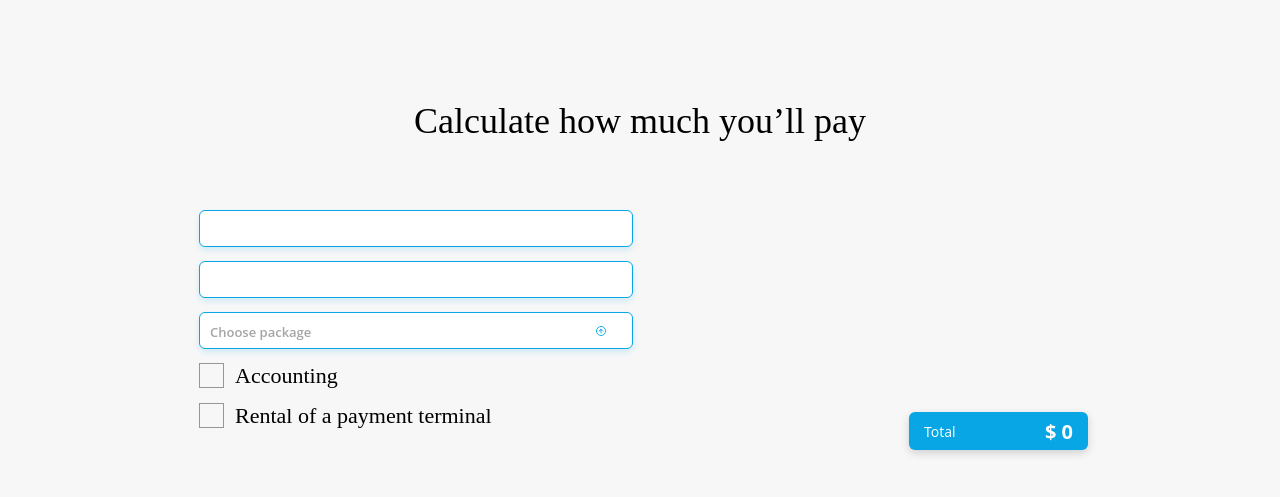
Repository: VolodymyrDubnytskyi/BestShop_project
Page: inedx2.html
These files come from the project's save history. The page is drawn as it stood at one moment and after the next save; the edit follows.
The browser window is 1280 px wide. The pictures show the whole page.

Above is the page before, as saved 2020-01-20 20:25:02.

After the next save:
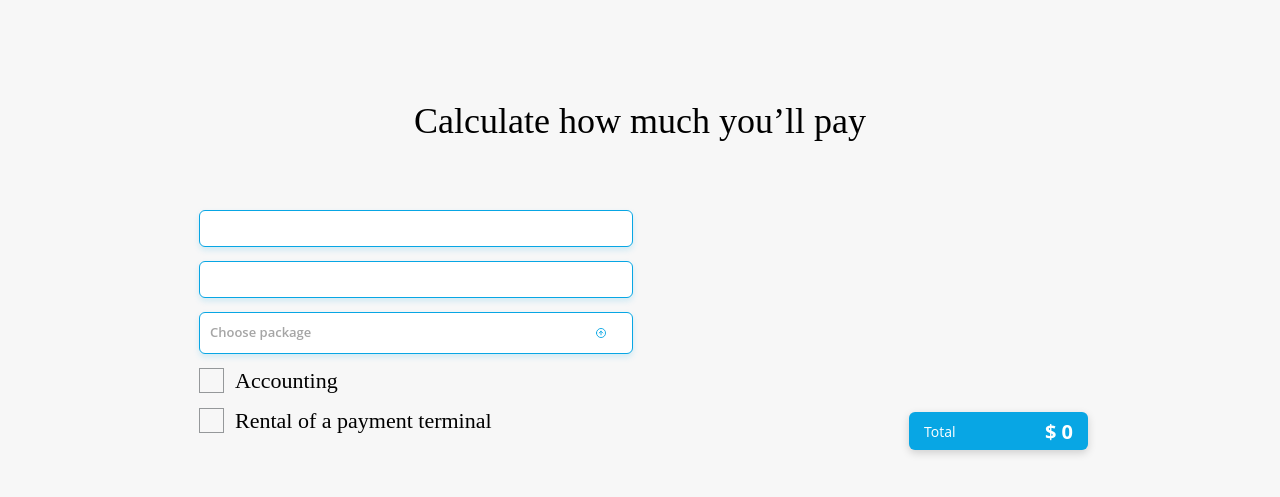
Saved 25 s later.
--- a/css/style.css
+++ b/css/style.css
@@ -795,7 +795,7 @@ form input:nth-child(2n) {
 }
 
 .custom-select-box {
-  height: 37px;
+  height: 42px;
   background: #fff;
   cursor: pointer;
   font: 540 13px/18px 'Open Sans';
